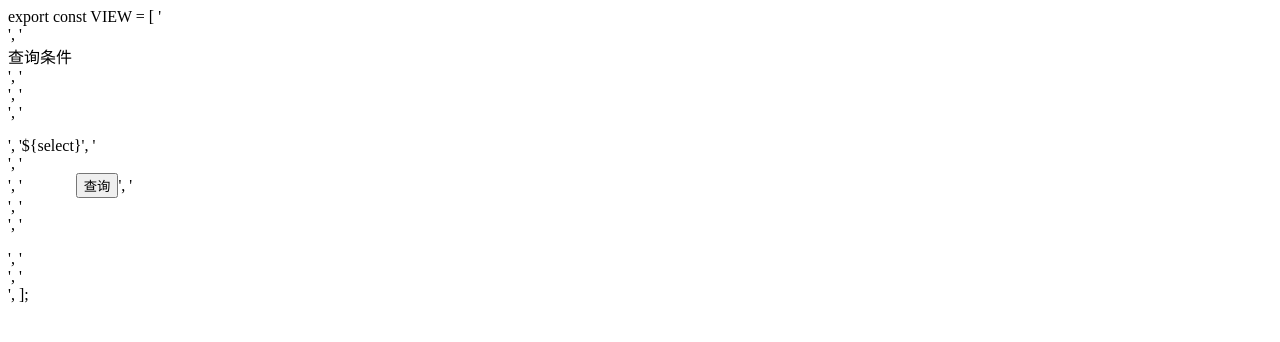
Repository: busiui/busiui
Page: src/components/busiui-table/busiui-select/busiui-select.view.html
These files come from the project's save history. The page is drawn as it stood at one moment and after the next save; the edit follows.
The browser window is 1280 px wide. The pictures show the whole page.

Above is the page before, as saved 2020-04-09 20:25:15.

After the next save:
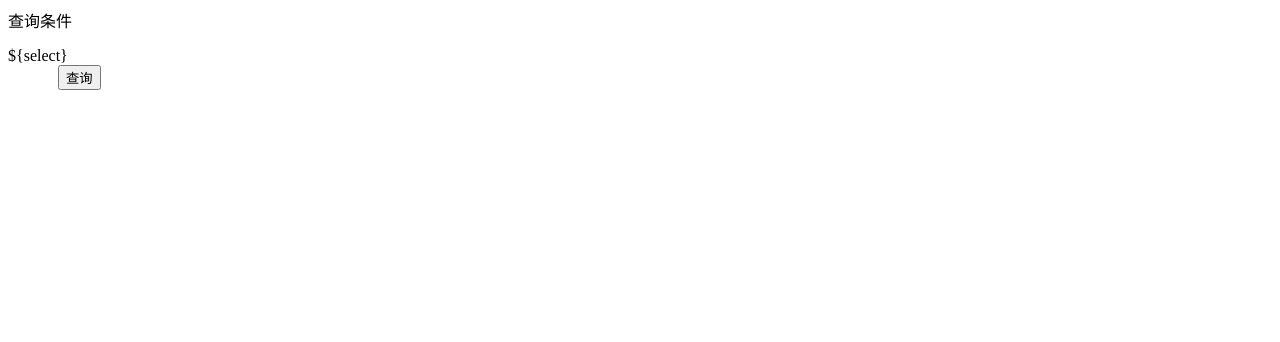
Saved 22 s later.
--- a/src/components/busiui-table/busiui-select/busiui-select.view.html
+++ b/src/components/busiui-table/busiui-select/busiui-select.view.html
@@ -1,16 +1,15 @@
-export const VIEW = [
-    '<div class="panel panel-default">',
-    '      <div class="panel-heading">查询条件</div>',
-    '      <div class="panel-body">',
-    '        <form id="formSearch" class="form-horizontal">',
-    '          <div style="margin-top:15px">',
-    '${select}',
-    '<div class="col-md-4"></div><div class="col-md-4"></div>',
-    '            <div class="col-md-4" style="text-align:left;">',
-    '              <button type="button" style="margin-left:50px" id="btn_query" class="btn btn-primary">查询</button>',
-    '            </div>',
-    '          </div>',
-    '        </form>',
-    '      </div>',
-    '    </div>',
-];
+<div class="panel panel-default">
+    <div class="panel-heading">查询条件</div>
+    <div class="panel-body">
+        <form id="formSearch" class="form-horizontal">
+            <div style="margin-top:15px">
+                ${select}
+                <div class="col-md-4"></div>
+                <div class="col-md-4"></div>
+                <div class="col-md-4" style="text-align:left;">
+                    <button type="button" style="margin-left:50px" id="btn_query" class="btn btn-primary">查询</button>
+                </div>
+            </div>
+        </form>
+    </div>
+</div>
